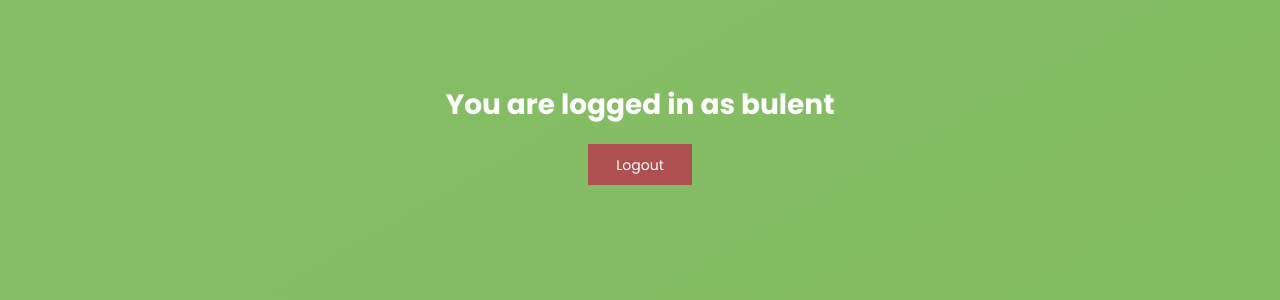
Repository: laurentbul/ApplicationEssai
Page: http://localhost/home.php
These files come from the project's save history. The page is drawn as it stood at one moment and after the next save; the edit follows.
The browser window is 1280 px wide. The pictures show the whole page.
The page is run by PHP 8.4 with error messages shown; the project is at /var/www/html/. The session is filled in as if someone had signed in: {"name": "bulent"}.

Above is the page before, as saved 2023-04-10 04:33:41.

After the next save:
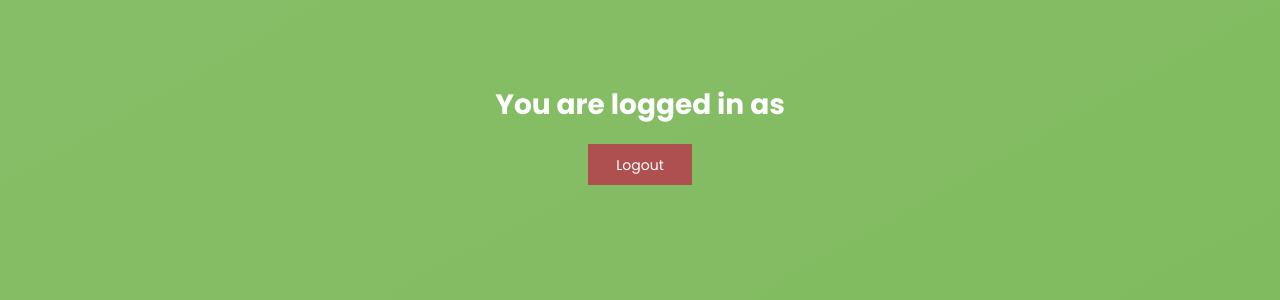
Saved 40 s later.
--- a/login-form-php/home.php
+++ b/login-form-php/home.php
@@ -24,7 +24,7 @@
 <body>
   <div class="container">
     <div class="information">
-      <h1 class="information__title">You are logged in as <?= $_SESSION['name'] ?></h1>
+      <h1 class="information__title">You are logged in as <php? $_SESSION['name'] ?></h1>
 
       <a href="./logout.php" class="information__button">Logout</a>
     </div>

After the save that followed:
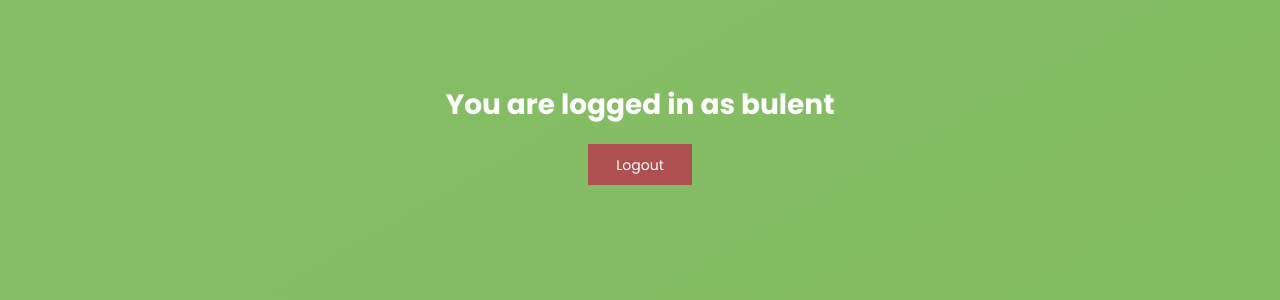
Saved 8 s later.
--- a/login-form-php/home.php
+++ b/login-form-php/home.php
@@ -24,7 +24,7 @@
 <body>
   <div class="container">
     <div class="information">
-      <h1 class="information__title">You are logged in as <php? $_SESSION['name'] ?></h1>
+      <h1 class="information__title">You are logged in as <?= $_SESSION['name'] ?></h1>
 
       <a href="./logout.php" class="information__button">Logout</a>
     </div>
